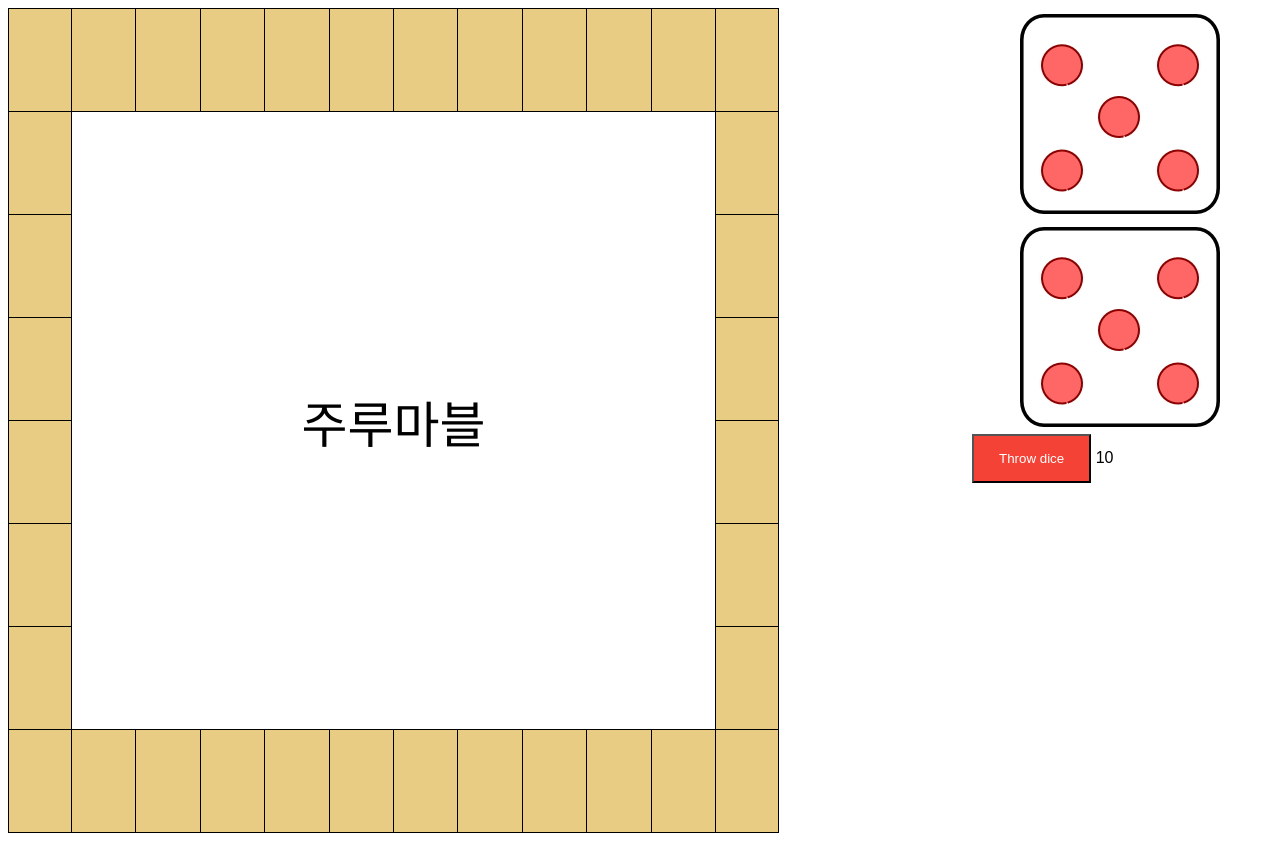
Repository: boseung2/Study-JSP
Page: http://localhost/MyWebSite/soju.jsp
These files come from the project's save history. The page is drawn as it stood at one moment and after the next save; the edit follows.
The browser window is 1280 px wide. The pictures show the whole page.
The page is served by Tomcat 9. Other server files are loaded and not shown.

Above is the page before, as saved 2021-01-21 02:22:29.

### MyWebSite/WebContent/soju.jsp
<%@ page language="java" contentType="text/html; charset=UTF-8"
    pageEncoding="UTF-8"%>
<!DOCTYPE html>
<html>
<head>
<meta charset="UTF-8">
<title>주루마블</title>
<style>
	body {
	  	font-family: Arial, Helvetica, sans-serif;
	}

	.all {
		display: flex;
	}

	button {
	  background-color: #f44336;
	  color: white;
	  padding: 15px 25px;
	  text-align: center;
	  text-decoration: none;
	  display: inline-block;
	}

    table, th, td {
        border: 1px solid black;
        border-collapse: collapse;
    }

    table {
        width: 80%;
        height: 600px;
        margin: 0;
        padding: 0;
    }

    .goldblock {
        background-color: rgb(233, 204, 132);
        text-align: center;
        width: 400px;
        height: 100px;
    }
    .whiteblock {
        background-color: white;
        text-align: center;
        width: 400px;
        height: 100px;
    }

    #center {
        font-size: 50px;
        text-align: center;
    }
</style>
</head>
<body>
<%
int random1 = (int) (Math.random() * 6 + 1);
int random2 = (int) (Math.random() * 6 + 1);
int sum = random1 + random2;
%>
<div class="all">
<div class="a">
<table>
        <tr>
          <td class="goldblock" id="8"></td>
          <td class="goldblock" id="9"></td>
          <td class="goldblock" id="10"></td>
          <td class="goldblock" id="11"></td>
          <td class="goldblock" id="12"></td>
          <td class="goldblock" id="13"></td>
          <td class="goldblock" id="14"></td>
          <td class="goldblock" id="15"></td>
          <td class="goldblock" id="16"></td>
          <td class="goldblock" id="17"></td>
          <td class="goldblock" id="18"></td>
          <td class="goldblock" id="19"></td>
        </tr>
        <tr>
            <td class="goldblock" id="7"></td>
            <td colspan="10" rowspan="6" id="center">주루마블</td>
            <td class="goldblock" id="20"></td>
          </tr>
          <tr>
            <td class="goldblock" id="6"></td>
            <td class="goldblock" id="21"></td>
          </tr>
          <tr>
            <td class="goldblock" id="5"></td>
            <td class="goldblock" id="22"></td>
          </tr>
          <tr>
            <td class="goldblock" id="4"></td>
            <td class="goldblock" id="23"></td>
          </tr>
          <tr>
            <td class="goldblock" id="3"></td>
            <td class="goldblock" id="24"></td>
          </tr>
          <tr>
            <td class="goldblock" id="2"></td>
            <td class="goldblock" id="25"></td>
          </tr>
          <tr>
            <td class="goldblock" id="1"></td>
            <td class="goldblock" id="26"></td>
            <td class="goldblock" id="27"></td>
            <td class="goldblock" id="28"></td>
            <td class="goldblock" id="29"></td>
            <td class="goldblock" id="30"></td>
            <td class="goldblock" id="31"></td>
            <td class="goldblock" id="32"></td>
            <td class="goldblock" id="33"></td>
            <td class="goldblock" id="34"></td>
            <td class="goldblock" id="35"></td>
            <td class="goldblock" id="36"></td>
          </tr>
      </table>
</div>
<div class="b">
<%
for(int i=1; i<=6; i++) {
	for(int j=1; j<=6; j++) {
		if(random1 == i && random2 == j) {
%>
<img src="/image/dice<%=random1 %>.jpg" alt="dice\"><br>
<img src="/image/dice<%=random2 %>.jpg" alt="dice\"><br>
<%
				}
			}
		}
%>
<button onclick="document.location='soju.jsp'">Throw dice</button>
<%=sum %>
</div>
</div>
</body>
</html>

After the next save:
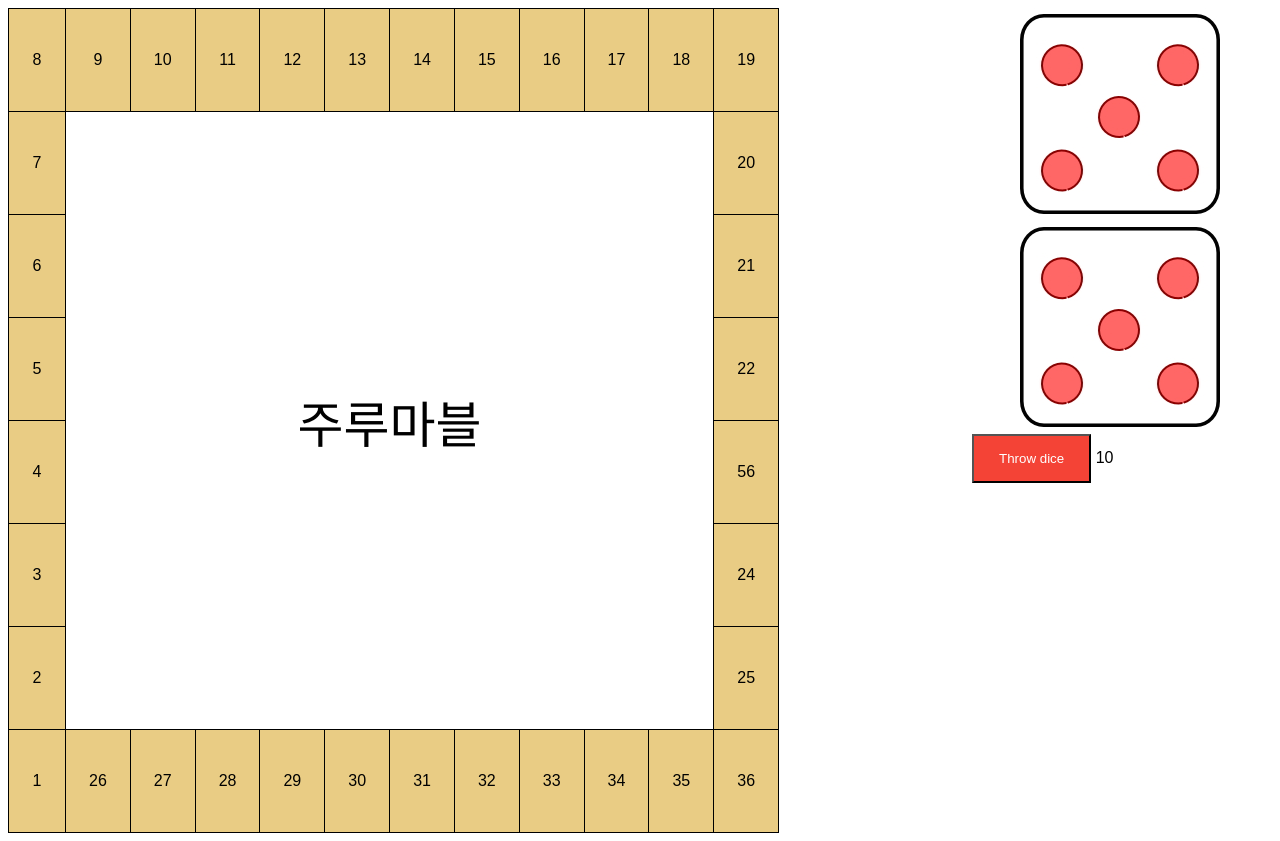
Saved 2 min 39 s later.
--- a/MyWebSite/WebContent/soju.jsp
+++ b/MyWebSite/WebContent/soju.jsp
@@ -64,57 +64,57 @@ int sum = random1 + random2;
 <div class="a">
 <table>
         <tr>
-          <td class="goldblock" id="8"></td>
-          <td class="goldblock" id="9"></td>
-          <td class="goldblock" id="10"></td>
-          <td class="goldblock" id="11"></td>
-          <td class="goldblock" id="12"></td>
-          <td class="goldblock" id="13"></td>
-          <td class="goldblock" id="14"></td>
-          <td class="goldblock" id="15"></td>
-          <td class="goldblock" id="16"></td>
-          <td class="goldblock" id="17"></td>
-          <td class="goldblock" id="18"></td>
-          <td class="goldblock" id="19"></td>
+          <td class="goldblock" id="8">8</td>
+          <td class="goldblock" id="9">9</td>
+          <td class="goldblock" id="10">10</td>
+          <td class="goldblock" id="11">11</td>
+          <td class="goldblock" id="12">12</td>
+          <td class="goldblock" id="13">13</td>
+          <td class="goldblock" id="14">14</td>
+          <td class="goldblock" id="15">15</td>
+          <td class="goldblock" id="16">16</td>
+          <td class="goldblock" id="17">17</td>
+          <td class="goldblock" id="18">18</td>
+          <td class="goldblock" id="19">19</td>
         </tr>
         <tr>
-            <td class="goldblock" id="7"></td>
+            <td class="goldblock" id="7">7</td>
             <td colspan="10" rowspan="6" id="center">주루마블</td>
-            <td class="goldblock" id="20"></td>
+            <td class="goldblock" id="20">20</td>
           </tr>
           <tr>
-            <td class="goldblock" id="6"></td>
-            <td class="goldblock" id="21"></td>
+            <td class="goldblock" id="6">6</td>
+            <td class="goldblock" id="21">21</td>
           </tr>
           <tr>
-            <td class="goldblock" id="5"></td>
-            <td class="goldblock" id="22"></td>
+            <td class="goldblock" id="5">5</td>
+            <td class="goldblock" id="22">22</td>
           </tr>
           <tr>
-            <td class="goldblock" id="4"></td>
-            <td class="goldblock" id="23"></td>
+            <td class="goldblock" id="4">4</td>
+            <td class="goldblock" id="23">56</td>
           </tr>
           <tr>
-            <td class="goldblock" id="3"></td>
-            <td class="goldblock" id="24"></td>
+            <td class="goldblock" id="3">3</td>
+            <td class="goldblock" id="24">24</td>
           </tr>
           <tr>
-            <td class="goldblock" id="2"></td>
-            <td class="goldblock" id="25"></td>
+            <td class="goldblock" id="2">2</td>
+            <td class="goldblock" id="25">25</td>
           </tr>
           <tr>
-            <td class="goldblock" id="1"></td>
-            <td class="goldblock" id="26"></td>
-            <td class="goldblock" id="27"></td>
-            <td class="goldblock" id="28"></td>
-            <td class="goldblock" id="29"></td>
-            <td class="goldblock" id="30"></td>
-            <td class="goldblock" id="31"></td>
-            <td class="goldblock" id="32"></td>
-            <td class="goldblock" id="33"></td>
-            <td class="goldblock" id="34"></td>
-            <td class="goldblock" id="35"></td>
-            <td class="goldblock" id="36"></td>
+            <td class="goldblock" id="1">1</td>
+            <td class="goldblock" id="26">26</td>
+            <td class="goldblock" id="27">27</td>
+            <td class="goldblock" id="28">28</td>
+            <td class="goldblock" id="29">29</td>
+            <td class="goldblock" id="30">30</td>
+            <td class="goldblock" id="31">31</td>
+            <td class="goldblock" id="32">32</td>
+            <td class="goldblock" id="33">33</td>
+            <td class="goldblock" id="34">34</td>
+            <td class="goldblock" id="35">35</td>
+            <td class="goldblock" id="36">36</td>
           </tr>
       </table>
 </div>
